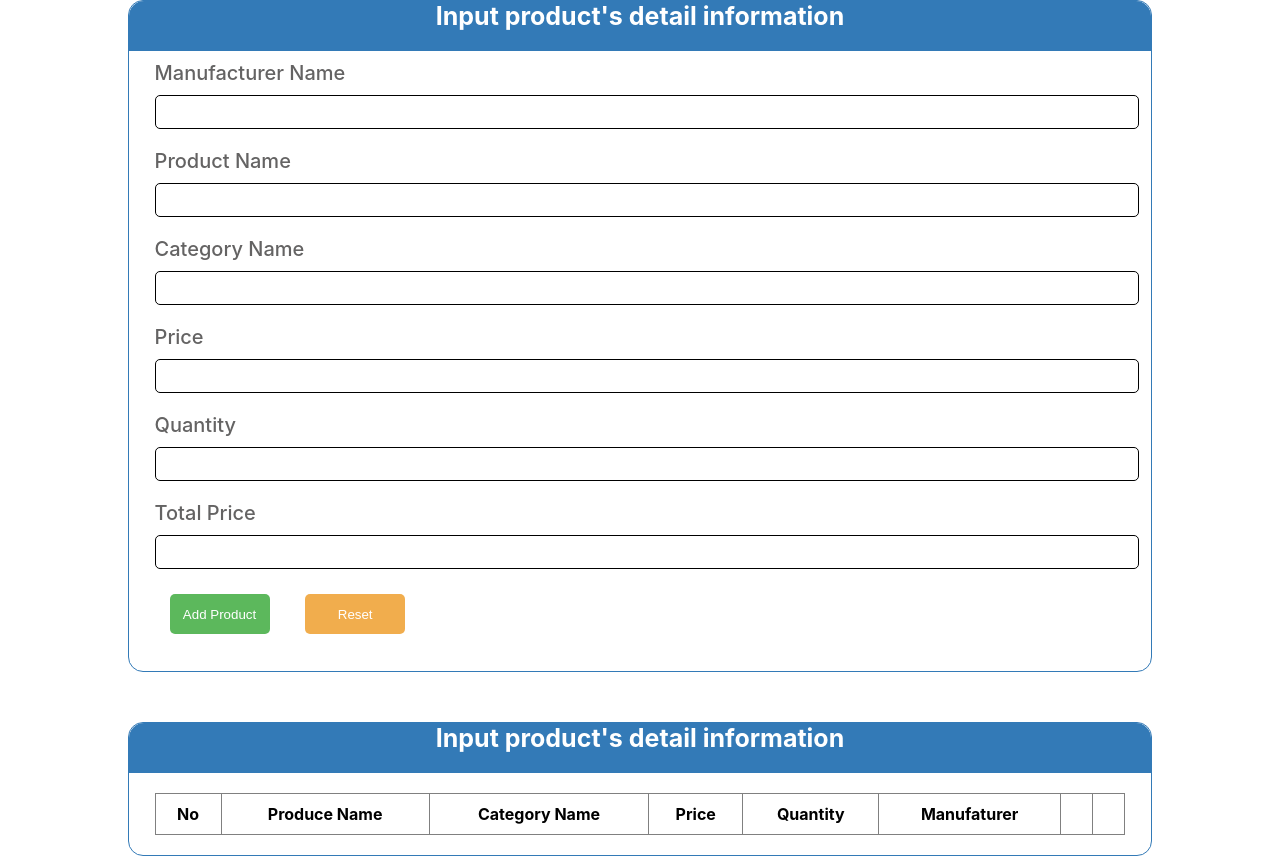
Repository: AnhDuc0125/HTML-Aptech
Page: bt2019/index.html
The author's editor kept a copy of each file at every save. The page is drawn from the files as they stood at one save, then again after the next save.
The browser window is 1280 px wide. The pictures show the whole page.

Above is the page before, as saved 2021-11-29 21:26:53.

After the next save:
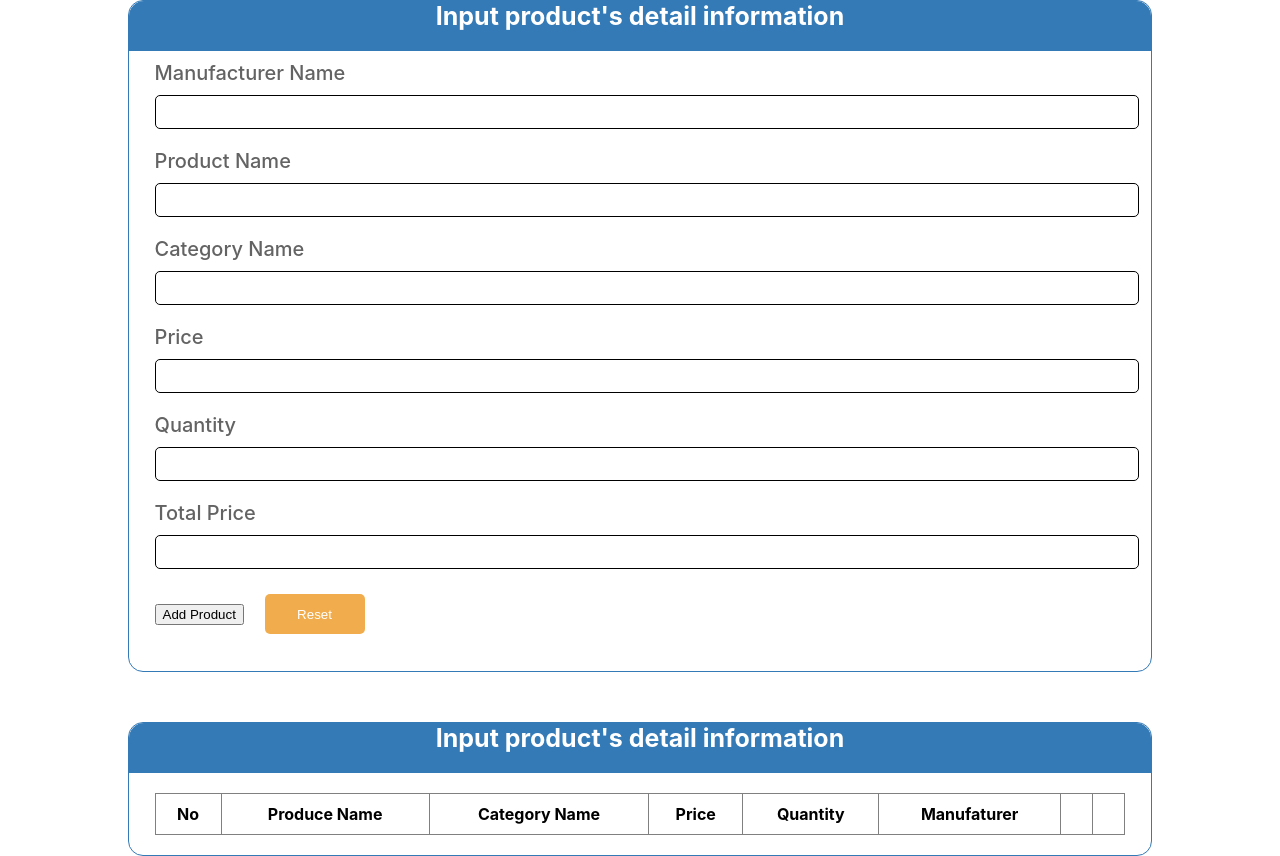
Saved 8 s later.
--- a/bt2019/index.html
+++ b/bt2019/index.html
@@ -46,7 +46,7 @@
                     <label for="total-price">Total Price</label>
                     <input type="text" id="total-price">
                 </div>
-               <button type="submit" class="add-btn btn" onclick="clickToSave()">Add Product</button>
+               <button>Add Product</button>
                <button type="reset" class="reset-btn btn">Reset</button>
             </form>
         </div>

After the save that followed:
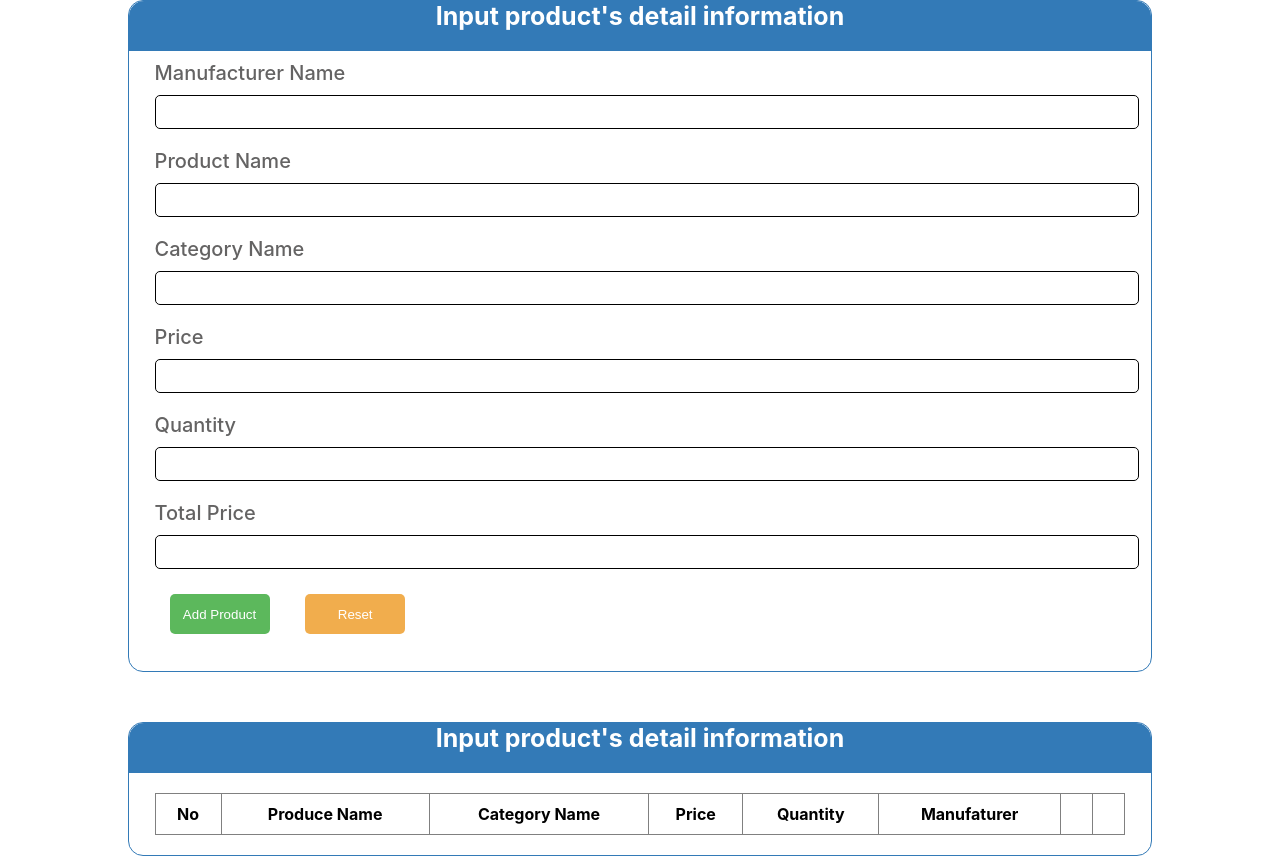
Saved 12 s later.
--- a/bt2019/index.html
+++ b/bt2019/index.html
@@ -46,7 +46,7 @@
                     <label for="total-price">Total Price</label>
                     <input type="text" id="total-price">
                 </div>
-               <button>Add Product</button>
+               <button type="submit" class="add-btn btn" onclick="clickToSave()">Add Product</button>
                <button type="reset" class="reset-btn btn">Reset</button>
             </form>
         </div>
